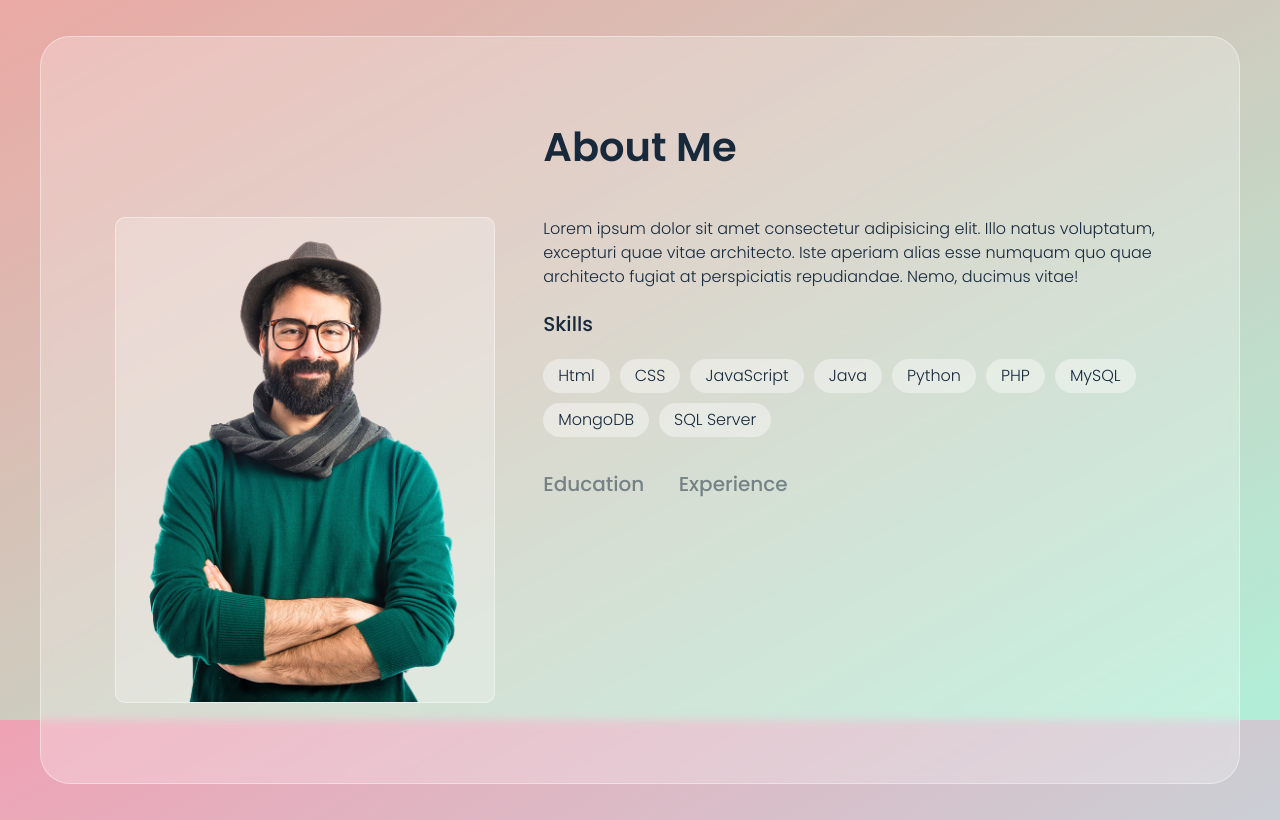
Repository: dewaary/Glassmorp-me
Page: index.html
An editor plug-in stored every save of this project. The page is shown before and after the next save, followed by the edit.
The browser window is 1280 px wide. The pictures show the whole page.
Backgrounds fixed to the window are drawn as part of the page.

Above is the page before, as saved 2021-05-25 22:41:14.
Not found: js/script,js

After the next save:
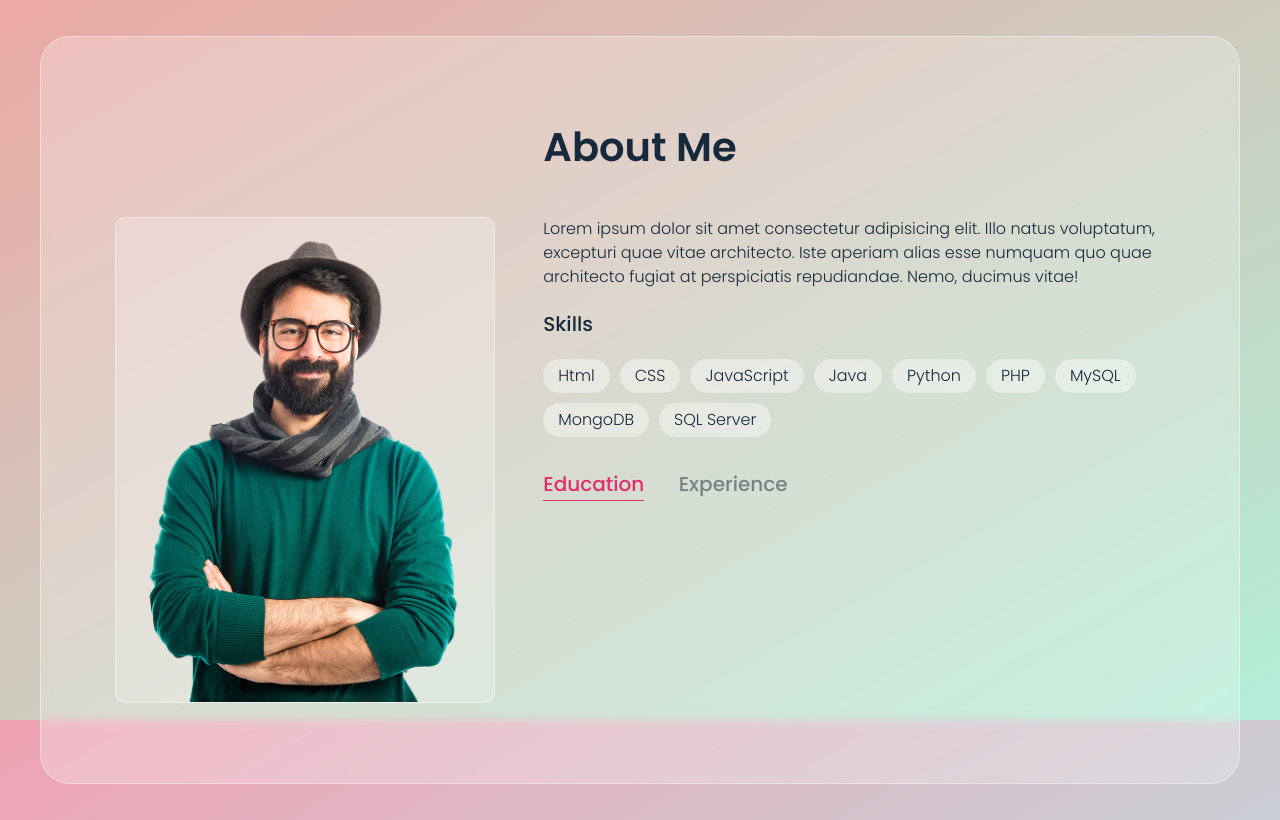
Saved 2 min 57 s later.
--- a/style.css
+++ b/style.css
@@ -323,3 +323,14 @@ Home Section */
 .about-tabs .tab-item:hover::before {
   width: 100%;
 }
+
+.about-tabs .tab-item.active::before {
+  width: 100%;
+  background-color: var(--main-color);
+}
+
+.about-tabs .tab-item.active{
+  color: var(--main-color);
+  opacity: 1;
+  cursor: auto;
+}
